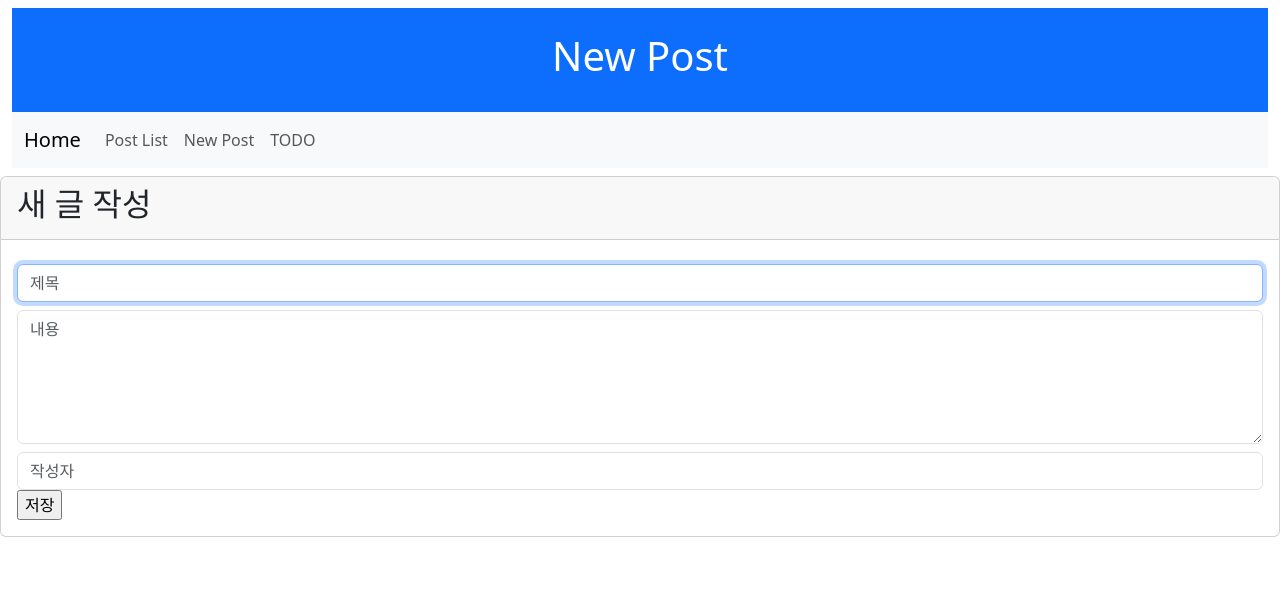
Repository: ldj0905/javaproject
Page: http://localhost/lab05_jsp/post/create
These files come from the project's save history. The page is drawn as it stood at one moment and after the next save; the edit follows.
The browser window is 1280 px wide. The pictures show the whole page.
The page is served by Tomcat 10. Other server files are loaded and not shown.

Above is the page before, as saved 2024-05-29 02:52:41.

### lab05_jsp/src/main/webapp/WEB-INF/views/post/create.jsp
<%@ page language="java" contentType="text/html; charset=UTF-8"
    pageEncoding="UTF-8" trimDirectiveWhitespaces="true"%>
<%@ taglib prefix="c" uri="jakarta.tags.core" %>
<!DOCTYPE html>
<html>
<head>
    <meta charset="UTF-8">
    <meta name="viewport" content="width=device-width, initial-scale=1">
    <title>Insert title here</title>
    <link href="https://cdn.jsdelivr.net/npm/bootstrap@5.3.3/dist/css/bootstrap.min.css"
     rel="stylesheet"
     integrity="sha384-QWTKZyjpPEjISv5WaRU9OFeRpok6YctnYmDr5pNlyT2bRjXh0JMhjY6hW+ALEwIH"
     crossorigin="anonymous">
</head>
<body>
    <div class = "container-fluid">
        <c:set var ="pageTitle" value = "New Post" scope = "page"/> <!-- 변수를 선언하겠다 ! -->
        <%@ include file = "../fragments/header.jspf" %> <!-- 헤더 jspf포함시키기 -->
    </div>
    <main>
        <div class = "mt-2 card">
            <div class = "card-header">
                <h2>새 글 작성</h2>
            </div>
            <div class="card-body">
                <c:url var = "newPostPage" value="/post/create" />
                <form method="post" action ="${newPostPage}"></form> <!-- 왜 포스트 방식으로보냄 -->
                    <div class="mt-2">
                        <input class="form-control"
                        type ="text" name="title" placeholder="제목"
                            required autofocus /> <!--autofocus가 뭐하는거임 -->
                    </div>
                    <div class = "mt-2">
                        <textarea class="form-control"  rows="5" name="content"placeholder="내용" required></textarea> <!-- 얘가 글상자 -->
                    </div>
                    <div class = "mt-2">
                        <input class="form-control"  type="text" name="author" placeholder="작성자" required/>
                    </div>
                    <div>
                        <input type = "submit" value="저장"/>
                    </div>
            </div>
        </div>
    </main>
    <script src="https://cdn.jsdelivr.net/npm/bootstrap@5.3.3/dist/js/bootstrap.bundle.min.js"
    integrity="sha384-YvpcrYf0tY3lHB60NNkmXc5s9fDVZLESaAA55NDzOxhy9GkcIdslK1eN7N6jIeHz"
    crossorigin="anonymous"></script>
</body>
</html>

### lab05_jsp/src/main/webapp/WEB-INF/views/fragments/header.jspf
<%@ page language="java" contentType="text/html; charset=UTF-8"
    pageEncoding="UTF-8" trimDirectiveWhitespaces="true"%>
<%@ taglib prefix="c" uri="jakarta.tags.core" %>

<header class="mt-2 p-4 bg-primary text-white text-center">
    <h1>${pageTitle}</h1>
</header>

<nav class="navbar navbar-expand-lg bg-body-tertiary">
    <div class="container-fluid">
        <c:url var="homePage" value="/" />
        <a class="navbar-brand" href="${homePage}">Home</a>
        <button class="navbar-toggler" type="button"
            data-bs-toggle="collapse" data-bs-target="#navbarNav"
            aria-controls="navbarNav" aria-expanded="false"
            aria-label="Toggle navigation">
            <span class="navbar-toggler-icon"></span>
        </button>
        <div class="collapse navbar-collapse" id="navbarNav">
            <ul class="navbar-nav">
                <li class="nav-item">
                    <c:url var="postListPage" value="/post/list" />
                    <a class="nav-link" href="${postListPage}">Post List</a>
                </li>
                <li class="nav-item">
                    <c:url var="newPostPage" value="/post/create" />
                    <a class="nav-link" href="${newPostPage}">New Post</a>
                </li>
                <li class="nav-item">
                    <a class="nav-link" href="#">TODO</a>
                </li>
            </ul>
        </div>
    </div>
</nav>

### lab05_jsp/src/main/java/com/itwill/lab05/web/PostCreateController.java
package com.itwill.lab05.web;

import java.io.IOException;

import org.slf4j.Logger;
import org.slf4j.LoggerFactory;

import jakarta.servlet.ServletException;
import jakarta.servlet.annotation.WebServlet;
import jakarta.servlet.http.HttpServlet;
import jakarta.servlet.http.HttpServletRequest;
import jakarta.servlet.http.HttpServletResponse;
//HttpServlet 상속받기
@WebServlet(name = "PostCreateController",urlPatterns = {"/post/create"}) // <<< 얘 왜하는건지 생각좀 해보기
public class PostCreateController extends HttpServlet{
	private static final long serialVersionUID = 1L;

	private static final Logger log = LoggerFactory.getLogger(PostCreateController.class); // 얘는 왜 쓰는거고 클래스이름은 왜넣는지


	//링크를 클릭해서 들어오는거는 GET방식임
	@Override
	protected void doGet(HttpServletRequest req, HttpServletResponse resp) throws ServletException, IOException {
		log.debug("doGet()");
		//TODO 새 글을 작성할 수있는 폼(양식)을 작성하는 뷰(JSP)로 이동 시켜주는 역할.
		//JSP로 이동시키는이유 -> 귀찮아서
		req.getRequestDispatcher("/WEB-INF/views/post/create.jsp").forward(req, resp); //주소 왜 WEB-INF 부터 ?
	}



}

After the next save:
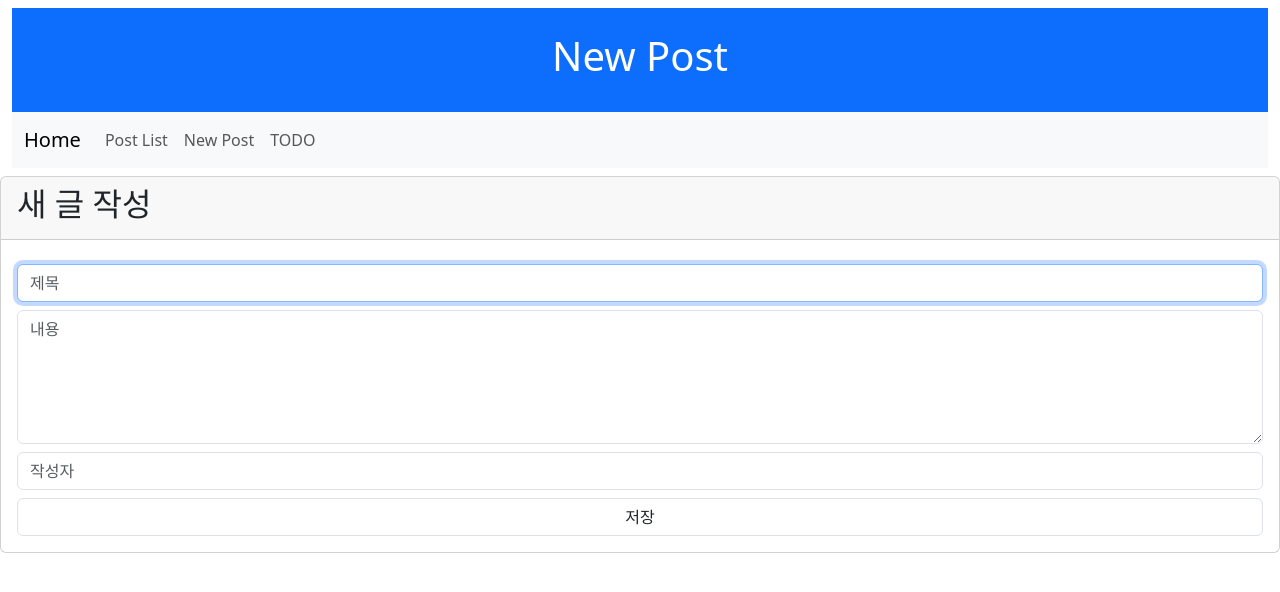
Saved 36 s later.
--- a/lab05_jsp/src/main/webapp/WEB-INF/views/post/create.jsp
+++ b/lab05_jsp/src/main/webapp/WEB-INF/views/post/create.jsp
@@ -36,8 +36,8 @@
                     <div class = "mt-2">
                         <input class="form-control"  type="text" name="author" placeholder="작성자" required/>
                     </div>
-                    <div>
-                        <input type = "submit" value="저장"/>
+                    <div class = "mt-2">
+                        <input class="form-control"  type = "submit" value="저장"/>
                     </div>
             </div>
         </div>
